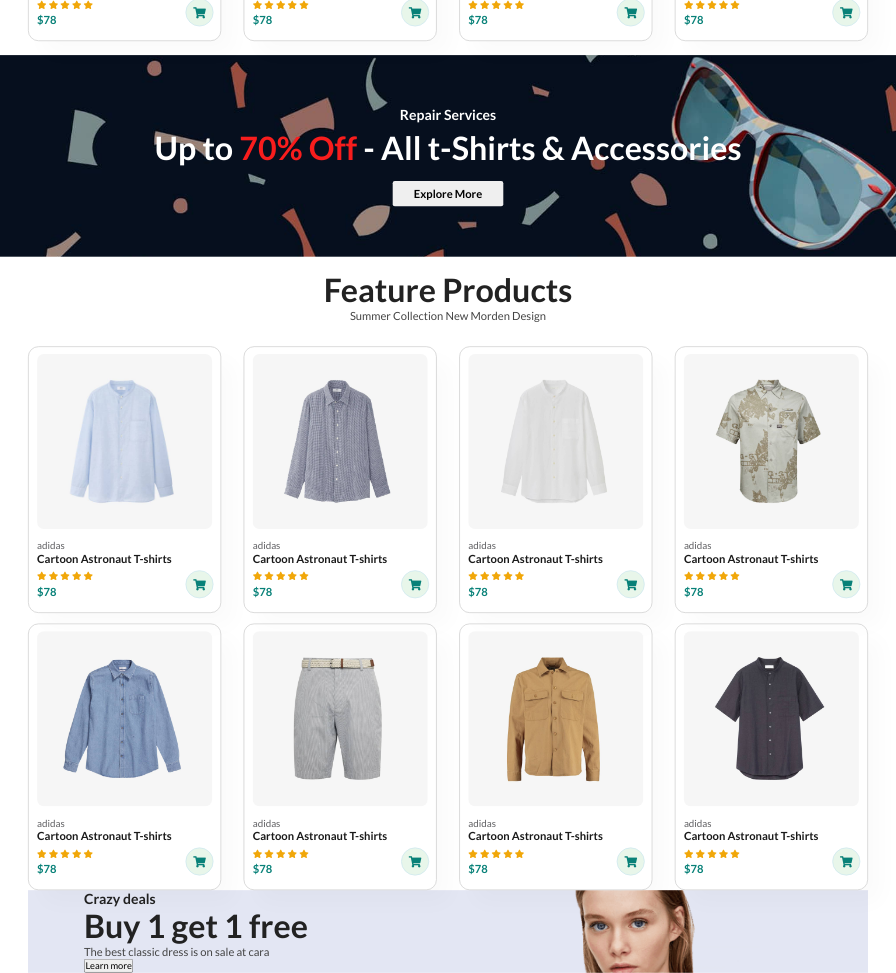
Repository: Nguyenductuan-dev/Website-Clothes
Page: index.html
An editor plug-in stored every save of this project. The page is shown before and after the next save, followed by the edit.
The browser window is 1280 px wide. The pictures show the part of the page from y = 1794 to 3714 px (the page is 3184 px tall before and 3714 px after), at 70% of full size.

Above is the page before, as saved 2022-05-15 15:44:28.

After the next save:
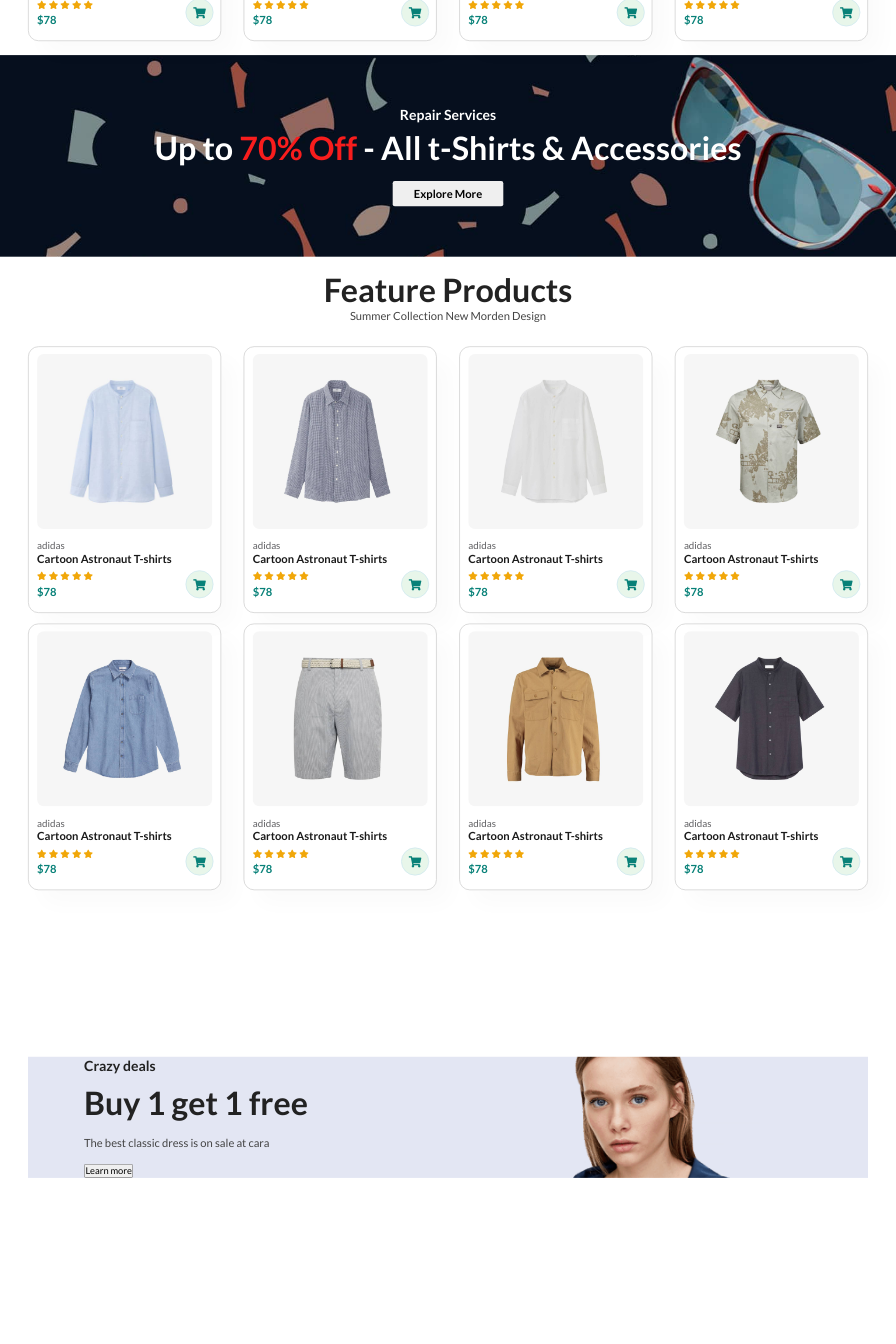
Saved 45 s later.
--- a/index.html
+++ b/index.html
@@ -443,7 +443,7 @@
 
     <!-- ======================= BANNER 2 ====================== -->
     <section class="sm-banner__" id="sm-banner">
-        <div class="sm-banner__container container">
+        <div class="banner__container container">
             <div class="sm-banner__box">
                 <h4>Crazy deals</h4>
                 <h2>Buy 1 get 1 free</h2>

After the save that followed:
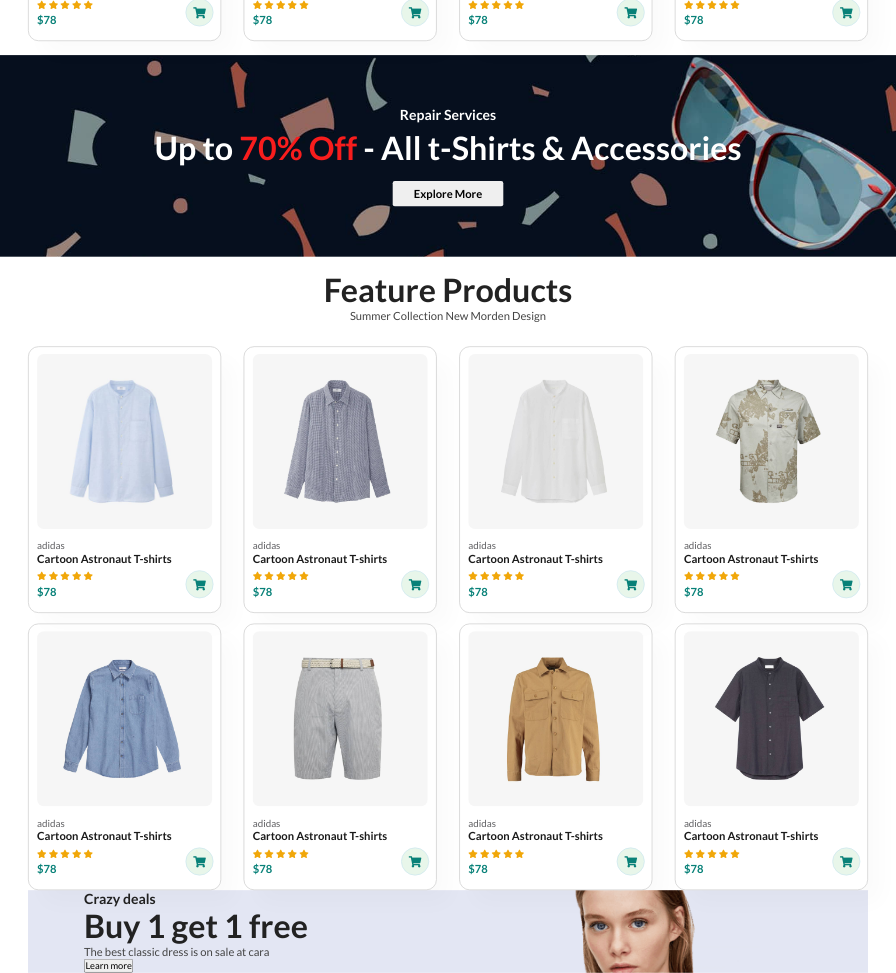
Saved 16 s later.
--- a/index.html
+++ b/index.html
@@ -443,7 +443,7 @@
 
     <!-- ======================= BANNER 2 ====================== -->
     <section class="sm-banner__" id="sm-banner">
-        <div class="banner__container container">
+        <div class="sm-banner__container container">
             <div class="sm-banner__box">
                 <h4>Crazy deals</h4>
                 <h2>Buy 1 get 1 free</h2>
